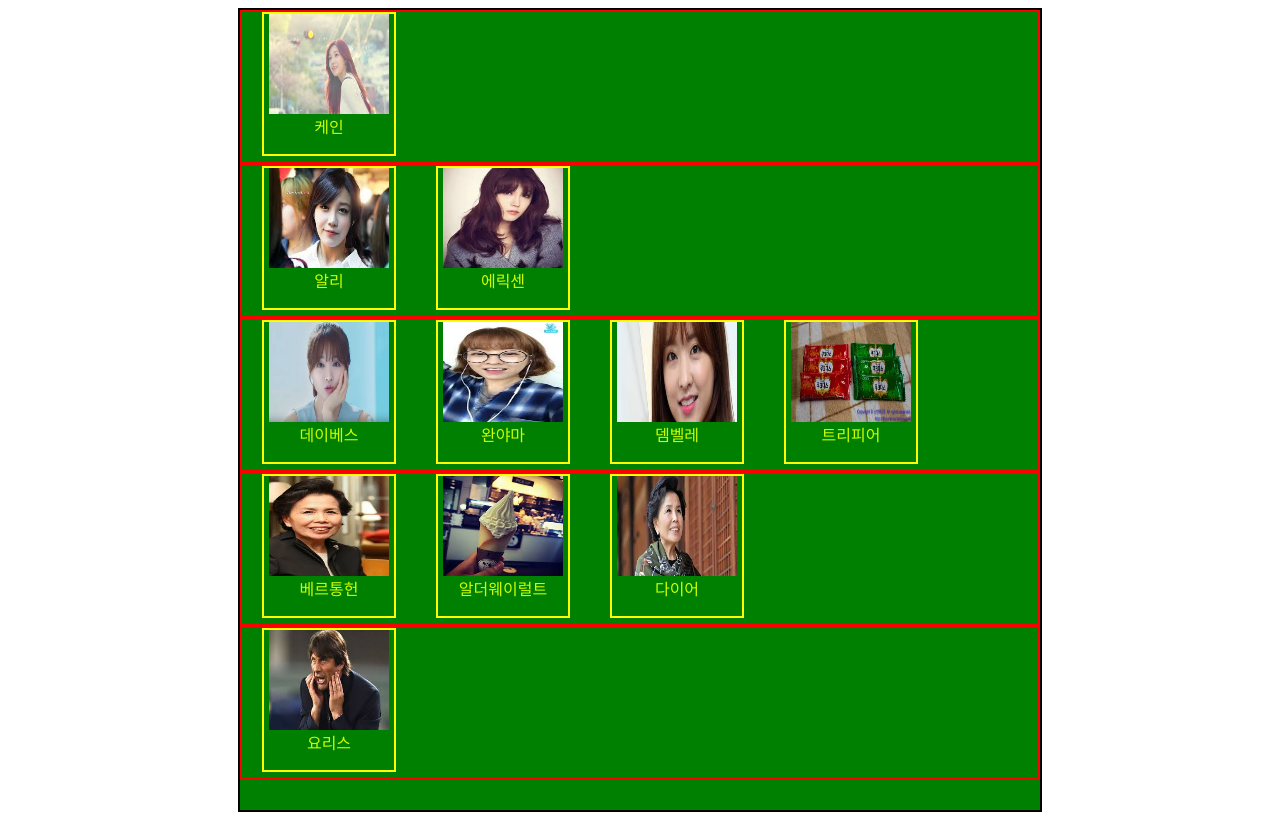
Repository: Leewonhoo/kostaweb
Page: project_div/WebContent/pomation.html
An editor plug-in stored every save of this project. The page is shown before and after the next save, followed by the edit.
The browser window is 1280 px wide. The pictures show the whole page.

Above is the page before, as saved 2017-09-11 09:36:45.

### project_div/WebContent/pomation.html
<!DOCTYPE html PUBLIC "-//W3C//DTD HTML 4.01 Transitional//EN" "http://www.w3.org/TR/html4/loose.dtd">
<html>
<head>
<meta http-equiv="Content-Type" content="text/html; charset=EUC-KR">
<title>Insert title here</title>
<link type="text/css" rel="stylesheet" href="css/common.css">
</head>
<body>

	<div id="team" align="center">
		<div class="line">
				<div class="position">
					<div><img alt="정은지1" src="images/jung1.jpg" title="정은지1"></div>
					<div class="text">케인</div>
				</div>
		</div>
		<div class="line">
				<div class="position">
					<div><img alt="정은지2" src="images/jung2.jpg" title="정은지2"></div>
					<div class="text">알리</div>
				</div>
				<div class="position">
					<div><img alt="정은지3" src="images/jung3.jpg" title="정은지3"></div>
					<div class="text">에릭센</div>
				</div>
		</div>
		<div class="line">
				<div class="position">
					<div><img alt="박보영1" src="images/park1.jpg" title="박보영1"></div>
					<div class="text">데이베스</div>
				</div>
				<div class="position">
					<div><img alt="박보영2" src="images/park2.jpg" title="박보영2"></div>
					<div class="text">완야마</div>
				</div>
				<div class="position">
					<div><img alt="박보영3" src="images/park3.jpg" title="박보영3"></div>
					<div class="text">뎀벨레</div>
				</div>
				<div class="position">
					<div><img alt="쿠쿠1" src="images/kuku1.jpg" title="쿠쿠1"></div>
					<div class="text">트리피어</div>
				</div>
		</div>
		<div class="line">
				<div class="position">
					<div><img alt="이미자1" src="images/leemi1.jpg" title="이미자1"></div>
					<div class="text">베르통헌</div>
				</div>
				<div class="position">
					<div><img alt="아이1" src="images/ice1.jpg" title="아이1"></div>
					<div class="text">알더웨이럴트</div>
				</div>
				<div class="position">
					<div><img alt="이미자2" src="images/leemi2.jpg" title="이미자2"></div>
					<div class="text">다이어</div>
				</div>
		</div>
		<div class="line">
				<div class="position">
					<div><img alt="콩테1" src="images/cong1.jpg" title="콩1"></div>
					<div class="text">요리스</div>
				</div>
		</div>
	</div>

</body>
</html>

### project_div/WebContent/css/common.css
/* external css */

a.common{
text-decoration: none;
font-size: 20px;
color: white;
}

img[src]{
	width: 120px;
	height: 100px;
}

#team{
	width: 800px;
	height: 800px;
	background-color: green;
	border: 2px solid black;
	margin: 0 auto;
}
.line{
	height: 150px;
	border: 2px solid red;
	align: center;
	clear: both;
}
.position{
	width: 130px;
	height: 140px;
	float: left;
	margin: 0 20px;
	border: 2px solid yellow;
}
.text{
	text-align: center;
	color: #ccff00;
}

After the next save:
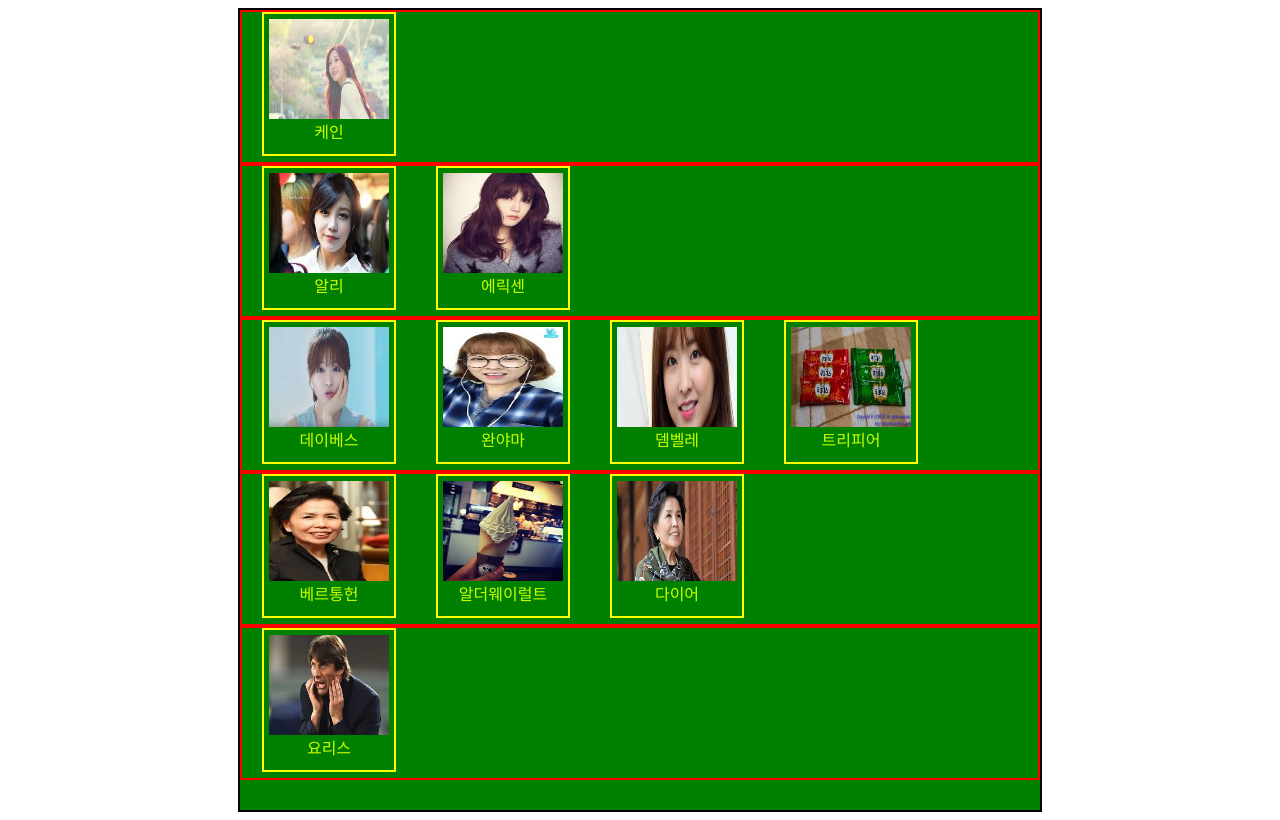
Saved 22 s later.
--- a/project_div/WebContent/css/common.css
+++ b/project_div/WebContent/css/common.css
@@ -9,6 +9,7 @@ color: white;
 img[src]{
 	width: 120px;
 	height: 100px;
+	margin-top: 5px;
 }
 
 #team{
